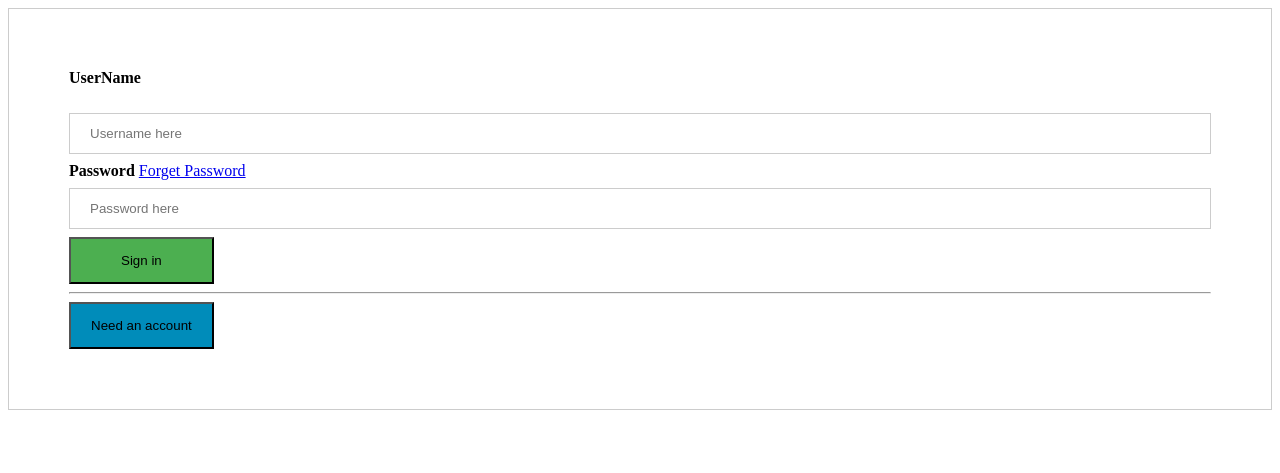
Repository: hamshini/demopro
Page: wippro/Application/WebContent/signin.html
The author's editor kept a copy of each file at every save. The page is drawn from the files as they stood at one save, then again after the next save.
The browser window is 1280 px wide. The pictures show the whole page.

Above is the page before, as saved 2018-01-06 06:15:51.

### wippro/Application/WebContent/signin.html
<!DOCTYPE html>
<html>
<head>
<meta charset="ISO-8859-1">
<title>SignIn</title>
</head>
<style>
input[type=text], input[type=password] {
    width: 100%;
    padding: 12px 20px;
    margin: 8px 0;
    display: inline-block;
    border: 1px solid #ccc;
    box-sizing: border-box;
}

.needacc {
	padding: 14px 20px;
	background-color: #008CBA;
}
.container {
    padding: 60px;
}

.signinbtn {
	padding: 14px 50px;
	background-color: #4CAF50;
}
</style>
<body>
	<form action="/action_page.php" style="border:1px solid #ccc">
	 <div class="container">
		<div class="form-group">
			<label><b>UserName</b></label><br>
			<br>
			<input type="text"
				placeholder="Username here" class="form-control" name="user"
				required><br>

				 <label><b>Password</b></label>
				 <a href="forgetpass.html">Forget Password</a>
				<br>
			<input type="password" placeholder="Password here" class="form-control"
				name="pwd" required> <br>
		</div>
		<div class="clearfix">
			<button type="button" class="signinbtn">Sign in</button>

		</div>
		<hr>
		<div class="clearfix">
			<button type="button" class="needacc">Need an account</button>

		</div>
		</div>
	</form>
</body>
</html>

After the next save:
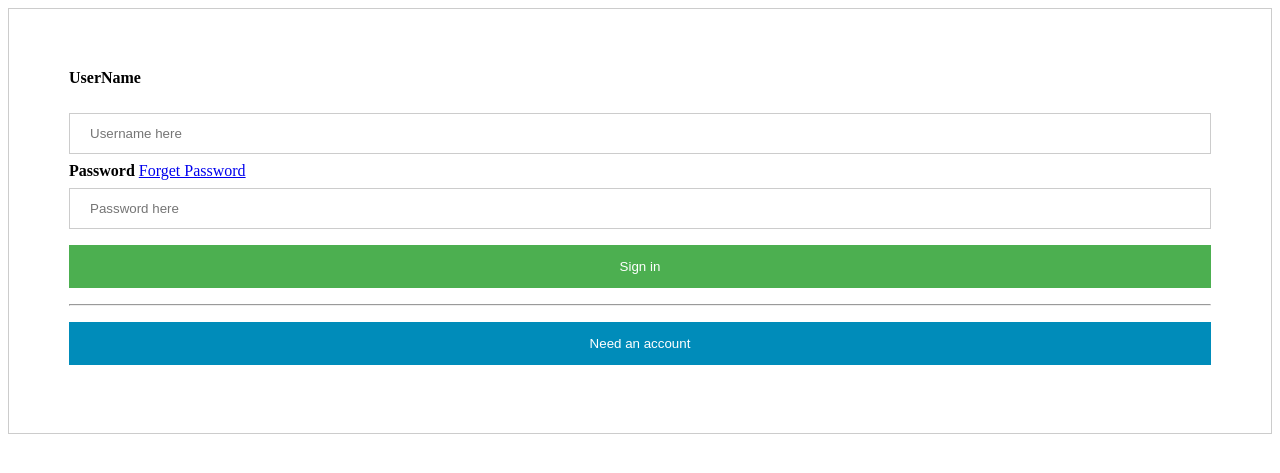
Saved 29 s later.
--- a/wippro/Application/WebContent/signin.html
+++ b/wippro/Application/WebContent/signin.html
@@ -12,6 +12,15 @@ input[type=text], input[type=password] {
     display: inline-block;
     border: 1px solid #ccc;
     box-sizing: border-box;
+}
+button {
+    background-color: #4CAF50;
+    color: white;
+    padding: 14px 20px;
+    margin: 8px 0;
+    border: none;
+    cursor: pointer;
+    width: 100%;
 }
 
 .needacc {
